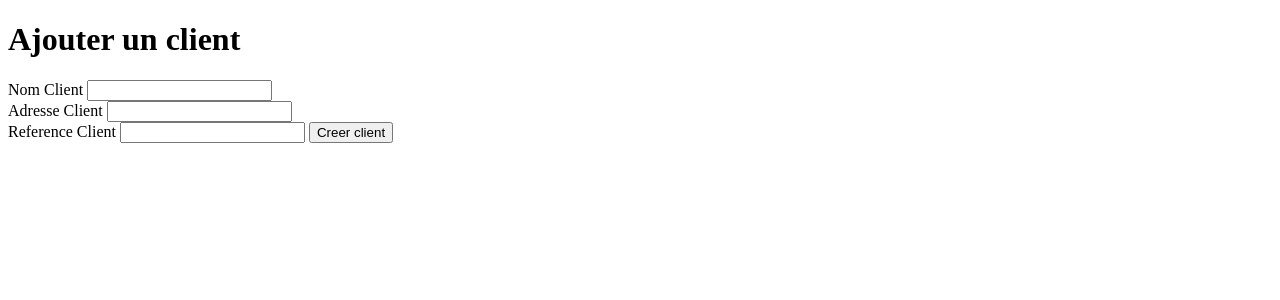
Repository: Elie-Dey/airblio
Page: http://localhost/test.php
These files come from the project's save history. The page is drawn as it stood at one moment and after the next save; the edit follows.
The browser window is 1280 px wide. The pictures show the whole page.
The page is run by PHP 8.4 with error messages shown; the project is at /var/www/html/.

Above is the page before, as saved 2022-03-26 01:45:50.

### test.php
<?php
?>
<!DOCTYPE html>
<html lang="en">
  <head>
    <meta charset="UTF-8" />
    <meta http-equiv="X-UA-Compatible" content="IE=edge" />
    <meta name="viewport" content="width=device-width, initial-scale=1.0" />
    <title>Document</title>
  </head>
  <body>
    <h1>Ajouter un client</h1>
    <form action="" method="post">
      <label for="nom">Nom Client </label>
      <input type="text" name="nom" id="" /> <br />
      <label for="Adresse">Adresse Client</label>
      <input type="text" name="adresse" id="" /> <br />
      <label for="reference">Reference Client</label>
      <input type="text" name="reference" id="" />
      <input type="button" value="Creer client" />
    </form>
  </body>
</html>

After the next save:
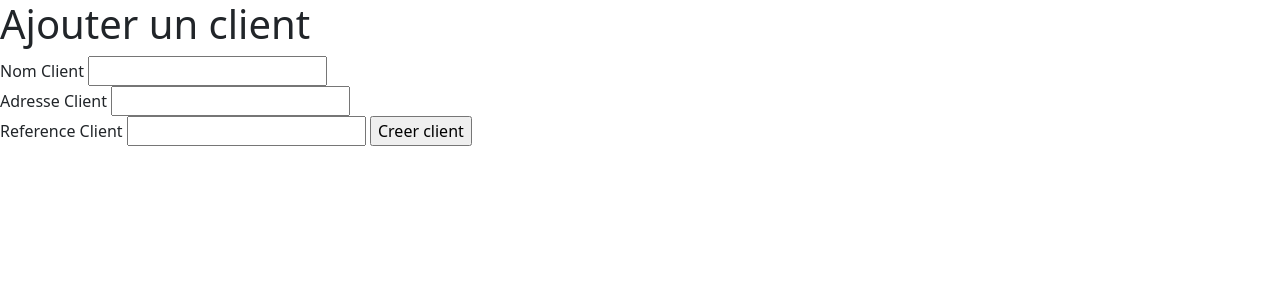
Saved 37 s later.
--- a/test.php
+++ b/test.php
@@ -6,6 +6,12 @@
     <meta charset="UTF-8" />
     <meta http-equiv="X-UA-Compatible" content="IE=edge" />
     <meta name="viewport" content="width=device-width, initial-scale=1.0" />
+    <link
+      href="https://cdn.jsdelivr.net/npm/bootstrap@5.1.3/dist/css/bootstrap.min.css"
+      rel="stylesheet"
+      integrity="sha384-1BmE4kWBq78iYhFldvKuhfTAU6auU8tT94WrHftjDbrCEXSU1oBoqyl2QvZ6jIW3"
+      crossorigin="anonymous"
+    />
     <title>Document</title>
   </head>
   <body>
